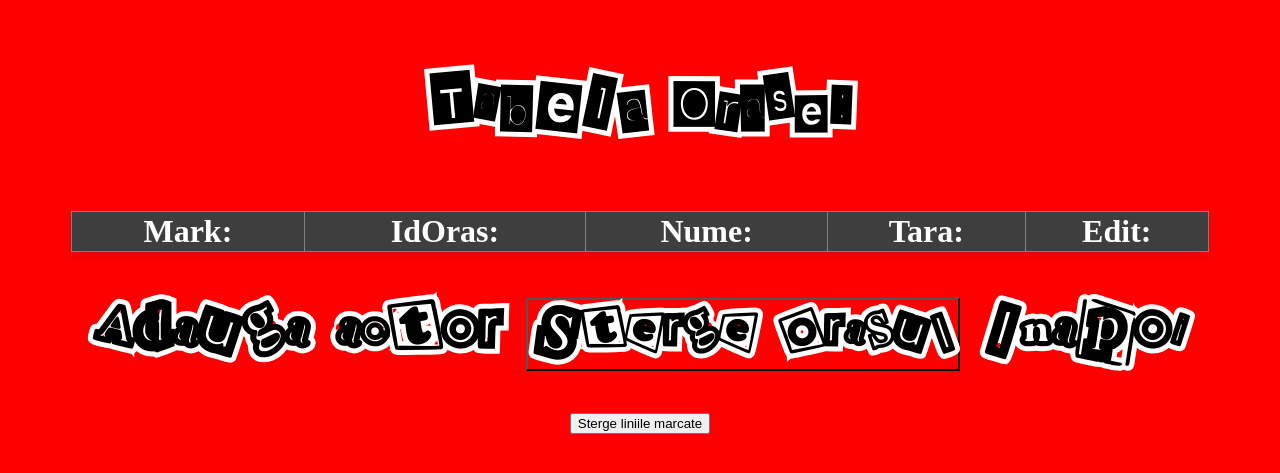
Repository: SusStefan/ActorDB
Page: http://localhost/Actori/sources/tabela_orase.jsp
These files come from the project's save history. The page is drawn as it stood at one moment and after the next save; the edit follows.
The browser window is 1280 px wide. The pictures show the whole page.
The page is served by Tomcat 9. Queries for data that is not in the repository find no rows.

Above is the page before, as saved 2025-12-15 21:51:32.

After the next save:
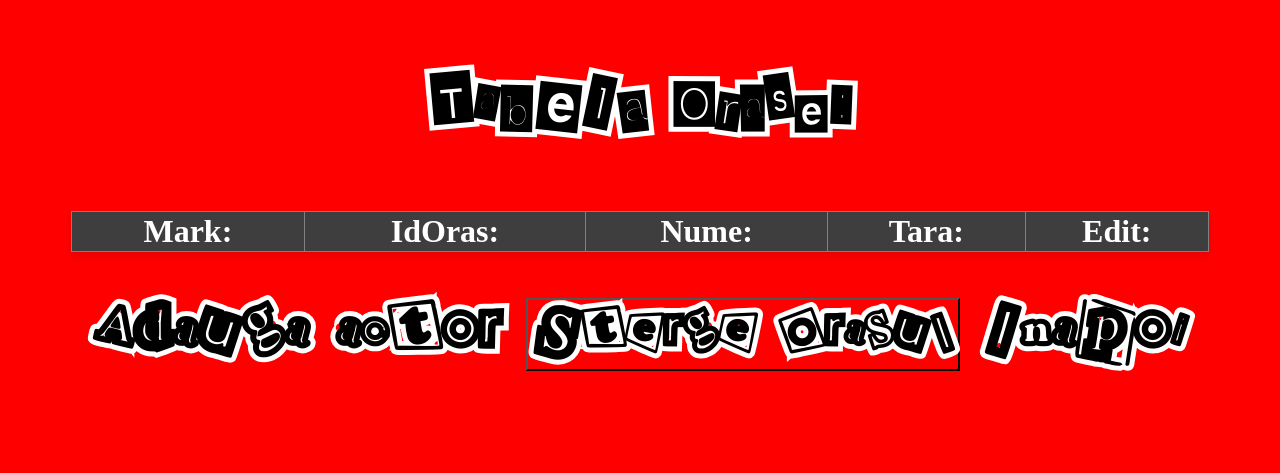
Saved 7 s later.
--- a/Actori/src/main/webapp/sources/tabela_orase.jsp
+++ b/Actori/src/main/webapp/sources/tabela_orase.jsp
@@ -54,9 +54,6 @@
 </a>
  </div>
 
- <p align="center">
- <input type="submit" value="Sterge liniile marcate">
- </p>
  </form>
  <%
  rs.close();
